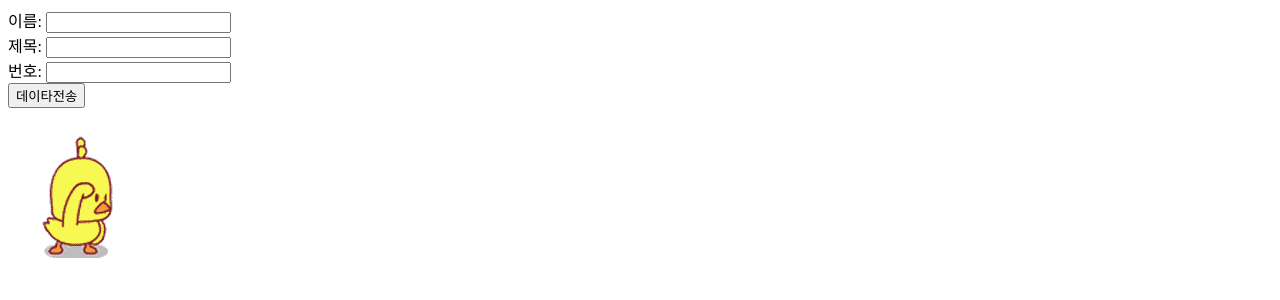
Repository: sorakazae/ITBANK_JSP_101
Page: http://localhost/Web0517/CCC.jsp
These files come from the project's save history. The page is drawn as it stood at one moment and after the next save; the edit follows.
The browser window is 1280 px wide. The pictures show the whole page.
The page is served by Tomcat 9.

Above is the page before, as saved 2014-05-31 03:51:38.

### day8/my/Web0517/WebContent/CCC.jsp
<%@ page language="java" contentType="text/html; charset=EUC-KR"
    pageEncoding="EUC-KR"%>

<html>
<head>
<title> [CCC.jsp]</title>
</head>
<body>
	<form action="DDD.jsp" method="post">
	 이름: <input type=text name="name"> <br>
	 제목: <input type=text name="title"> <br>
	 번호: <input type=password name="num"> <br>

	 <input type="submit" value="데이타전송">

	</form>

	<p>
	<img src="images/aaa.gif">
</body>
</html>

After the next save:
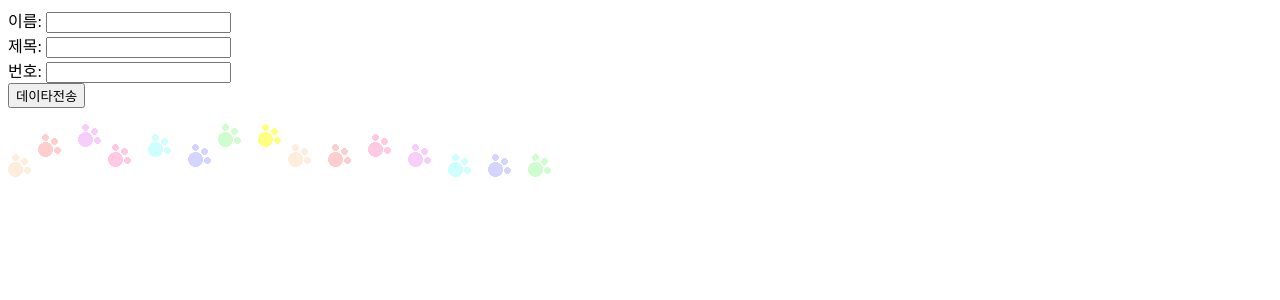
Saved 20 s later.
--- a/day8/my/Web0517/WebContent/CCC.jsp
+++ b/day8/my/Web0517/WebContent/CCC.jsp
@@ -16,6 +16,6 @@
 	</form>
 
 	<p>
-	<img src="images/aaa.gif">
+	<img src="images/bar.gif">
 </body>
 </html>
